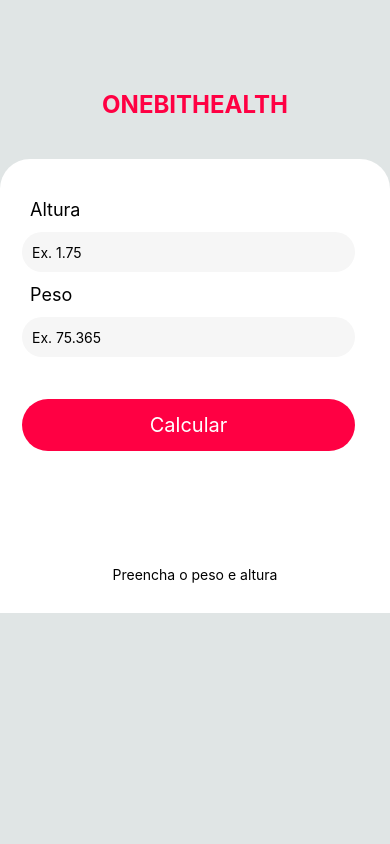
Repository: GustavoMSevero/onebithealth
Screen: /
These files come from the project's save history. The screen is drawn as it stood at one moment and after the next save; the edit follows.
The app was drawn by React Native's web renderer in a window 390 px wide. The project was rebuilt for these pictures with package versions that can differ from the ones it lists, and the page was loaded fresh each time.

Above is the screen before, as saved 2024-09-06 17:04:41.

### App.js
import { StyleSheet, View } from 'react-native';
import Title from './src/components/Title';
import Main from './src/components/Main';

export default function App() {
  return (
    <View style={styles.container}>
      <Title />
      <Main />
    </View>
  );
}

const styles = StyleSheet.create({
  container: {
    flex: 1,
    backgroundColor: '#e0e5e5',
    paddingTop: 80,
  },
});

### src/components/Title/index.js
import React from "react";
import { View, Text } from "react-native";
import styles from "./style";

export default function Title() {
    return(
        <View style={styles.boxTitle}>
            <Text style={styles.textTitle}>ONEBITHEALTH</Text>
        </View>
    );
}

### src/components/Main/index.js
import React from "react";
import { View } from "react-native";
import Form from "../Form";

export default function Main() {
    return(
        <View>
            <Form />
        </View>
    );
}

### src/components/Title/style.js
import { StyleSheet } from 'react-native';

const style = StyleSheet.create({
    boxTitle: {
        alignItems: "center",
        justifyContent: "center",
        padding: 10,
    },
    textTitle: {
        color: "#FF0043",
        fontSize: 24,
        fontWeight: "bold",
    }
});

export default style;

### src/components/Form/index.js
import React, { useState } from "react";
import { TextInput, View, Text, TouchableOpacity } from "react-native";
import ResultImc from "./ResultImc";
import styles from "./style";

export default function Form() {

    const [height, setHeight] = useState(null)
    const [weight, setWeigth] = useState(null)
    const [messageImc, setMessageImc] = useState("Preencha o peso e altura")
    const [imc, setImc] = useState(null)
    const [textButton, setTextButton] = useState("Calcular")

    function imcCalculator() {
        return setImc((weight/(height*height)).toFixed(2));
    }

    function validationImc() {
        if(weight != null && height != null) {
            imcCalculator()
            setHeight(null)
            setWeigth(null)
            setMessageImc("Se imc é igual: ")
            setTextButton("Calcular novamente")
            return
        }
        setImc(null)
        setTextButton("Calcular")
        setMessageImc("Preencha o peso e altura")
    }

    return(
        <View style={styles.formContext}>
            <View style={styles.form}>
                <Text style={styles.formLabel}>Altura</Text>
                <TextInput
                    style={styles.input}
                    onChange={setHeight}
                    value={height}
                    placeholder="Ex. 1.75"
                    keyboardType="numeric"
                />
                <Text style={styles.formLabel}>Peso</Text>
                <TextInput
                    style={styles.input}
                    onChange={setWeigth}
                    value={weight}
                    placeholder="Ex. 75.365"
                    keyboardType="numeric"
                />
                <TouchableOpacity
                    style={styles.buttonCalculator}
                    onPress={() => {
                        validationImc()
                    }}
                >
                    <Text style={styles.textButtonCalculator}>{textButton}</Text>
                </TouchableOpacity>
            </View>
            <ResultImc messageResultImc={messageImc} resultImc={imc} />
        </View>
    );
}

### src/components/Form/ResultImc/index.js
import React from "react";
import { View, Text } from "react-native";
import styles from "./style";

export default function ResultImc(props) {
    return(
        <View style={styles.resultImc}>
            <Text>{props.messageResultImc}</Text>
            <Text>{props.resultImc}</Text>
        </View>
    );
}

### src/components/Form/style.js
import { StyleSheet } from "react-native";

const style = StyleSheet.create({
    formContext: {
        width: "100%",
        height: "100%",
        bottom: 0,
        backgroundColor: "#FFFFFF",
        alignItems: "center",
        borderTopLeftRadius: 30,
        borderTopRightRadius: 30,
        marginTop: 30,
    },
    form: {
        width: "100%",
        height: "auto",
        marginTop: 30,
        padding: 10,
    },
    formLabel: {
        color: "#000000",
        fontSize: 18,
        paddingLeft: 20,
    },
    input: {
        width: "90%",
        borderRadius: 50,
        backgroundColor: "#f6f6f6",
        height: 40,
        margin: 12,
        paddingLeft: 10,
    },
    buttonCalculator: {
        borderRadius: 50,
        alignItems: "center",
        justifyContent: "center",
        width: "90%",
        backgroundColor: "#FF0043",
        paddingTop: 14,
        paddingBottom: 14,
        marginLeft: 12,
        margin: 30,
    },
    textButtonCalculator: {
        fontSize: 20,
        color: "#ffffff",
    }
});

export default style;

### src/components/Form/ResultImc/style.js
import { StyleSheet } from "react-native";

const styles = StyleSheet.create({
    resultImc: {
        flex: 1,
        marginTop: 15,
        paddingTop: 60,
        borderRadius: 50,
        alignItems: "center",
        width: "100%",
    },
    numberImc: {
        fontSize: 48,
        color: "#FF0043",
        fontWeight: "bold",
    },
    information: {
        fontSize: 18,
        color: "#FF0043",
        fontWeight: "bold",
    },
});

export default styles;

After the next save:
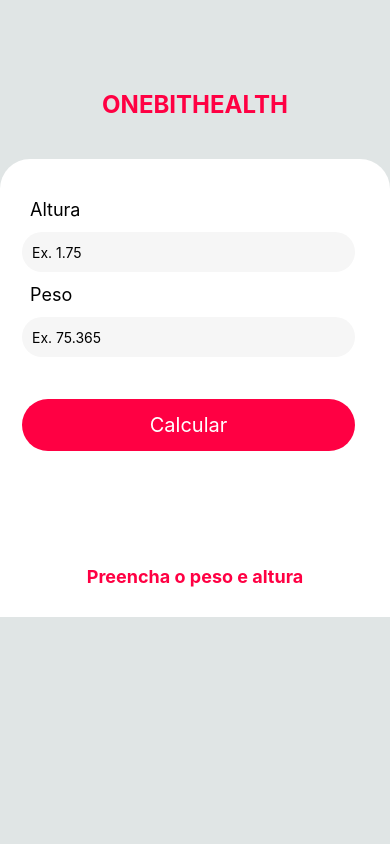
Saved 7 s later.
--- a/src/components/Form/ResultImc/index.js
+++ b/src/components/Form/ResultImc/index.js
@@ -5,7 +5,7 @@
 export default function ResultImc(props) {
     return(
         <View style={styles.resultImc}>
-            <Text>{props.messageResultImc}</Text>
+            <Text style={styles.information}>{props.messageResultImc}</Text>
             <Text>{props.resultImc}</Text>
         </View>
     );
